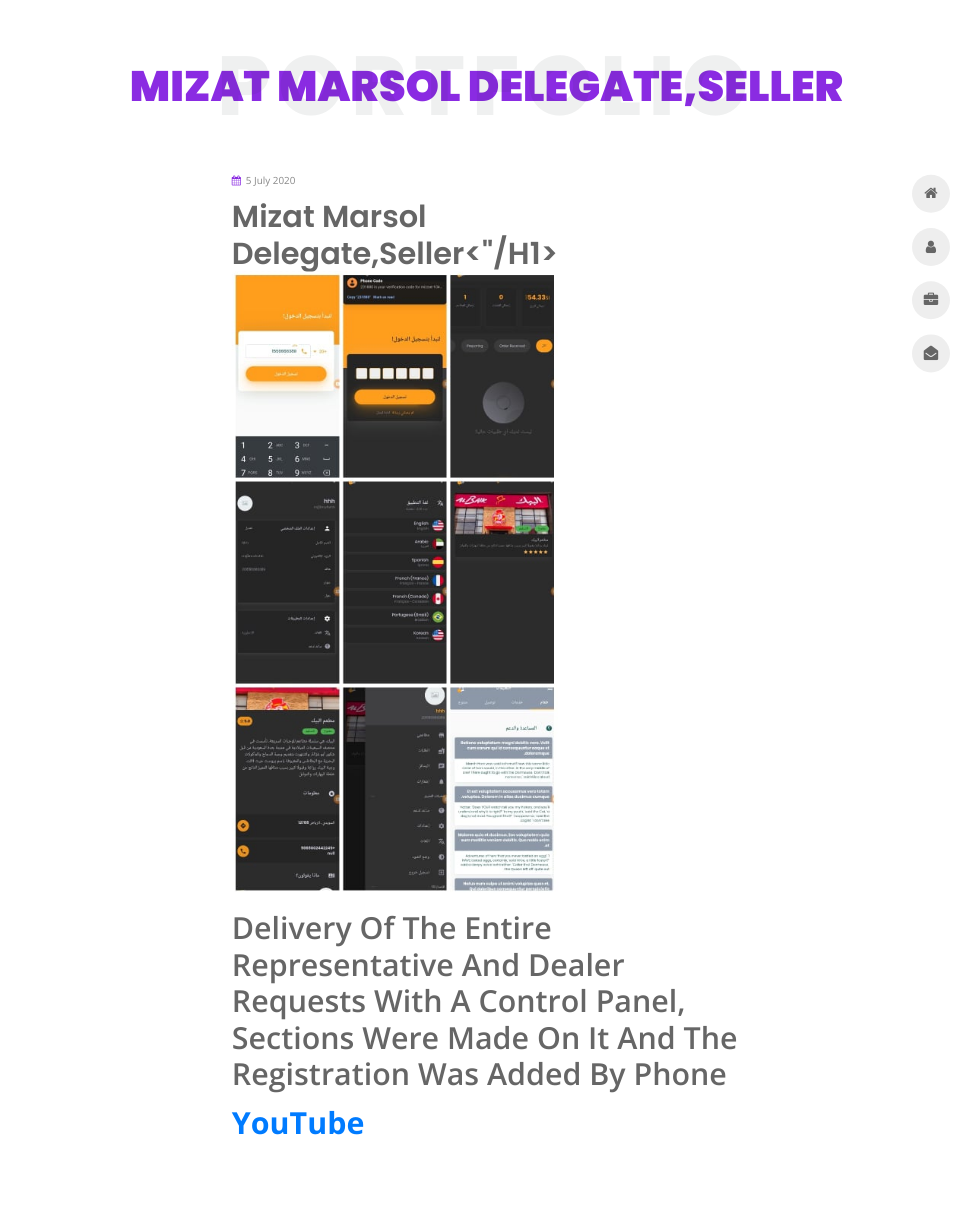
Repository: mhamdimno/mywebsite
Page: projects/mizat_marsol_delegate/index.html
These files come from the project's save history. The page is drawn as it stood at one moment and after the next save; the edit follows.
The browser window is 1280 px wide. The pictures show the whole page, at 76% of full size.

Above is the page before, as saved 2021-01-31 08:22:17.

### projects/mizat_marsol_delegate/index.html
<!DOCTYPE html>
<html lang="en">

<head>
    <meta charset="utf-8">
    <title>Portfoilio | Mizat Marsol Delegate,Seller</title>
    <meta name="viewport" content="width=device-width, initial-scale=1">

    <!-- Template Google Fonts -->
    <link href="https://fonts.googleapis.com/css?family=Poppins:400,400i,500,500i,600,600i,700,700i,800,800i,900,900i" rel="stylesheet">
    <link href="https://fonts.googleapis.com/css?family=Open+Sans:300,400,400i,600,600i,700" rel="stylesheet">

    <!-- Template CSS Files -->
    <link href="../../css/bootstrap.min.css" rel="stylesheet">
    <link href="../../css/preloader.min.css" rel="stylesheet">
    <link href="../../css/circle.css" rel="stylesheet">
    <link href="../../css/font-awesome.min.css" rel="stylesheet">
    <link href="../../css/fm.revealator.jquery.min.css" rel="stylesheet">
    <link href="../../css/style.css" rel="stylesheet">



    <!-- Modernizr JS File -->
    <script src="../../js/modernizr.custom.js"></script>
</head>

<body class="blog-post light">
<!-- Header Starts -->
<header class="header" id="navbar-collapse-toggle">
    <!-- Fixed Navigation Starts -->
    <ul class="icon-menu d-none d-lg-block revealator-slideup revealator-once revealator-delay1">
        <li class="icon-box">
            <i class="fa fa-home"></i>
            <a href="../../index.html">
                <h2>Home</h2>
            </a>
        </li>
        <li class="icon-box">
            <i class="fa fa-user"></i>
            <a href="../../about.html">
                <h2>About</h2>
            </a>
        </li>
        <li class="icon-box">
            <i class="fa fa-briefcase"></i>
            <a href="../../portfolio.html">
                <h2>Portfolio</h2>
            </a>
        </li>
        <li class="icon-box">
            <i class="fa fa-envelope-open"></i>
            <a href="../../contact.html">
                <h2>Contact</h2>
            </a>
        </li>
    </ul>
    <!-- Fixed Navigation Ends -->
    <!-- Mobile Menu Starts -->
    <nav role="navigation" class="d-block d-lg-none">
        <div id="menuToggle">
            <input type="checkbox" />
            <span></span>
            <span></span>
            <span></span>
            <ul class="list-unstyled" id="menu">
                <li><a href="../../index.html"><i class="fa fa-home"></i><span>Home</span></a></li>
                <li><a href="../../about.html"><i class="fa fa-user"></i><span>About</span></a></li>
                <li><a href="../../portfolio.html"><i class="fa fa-folder-open"></i><span>Portfolio</span></a></li>
                <li><a href="../../contact.html"><i class="fa fa-envelope-open"></i><span>Contact</span></a></li>
            </ul>
        </div>
    </nav>
    <!-- Mobile Menu Ends -->
</header>
<!-- Header Ends -->
<!-- Page Title Starts -->
<section class="title-section text-left text-sm-center revealator-slideup revealator-once revealator-delay1">
    <h1><span>Mizat Marsol Delegate,Seller</span></h1>
    <span class="title-bg">Portfolio</span>
</section>
<!-- Page Title Ends -->
<!-- Main Content Starts -->
<section class="main-content revealator-slideup revealator-once revealator-delay1">
    <div class="container">
        <div class="row">
            <!-- Article Starts -->
            <article class="col-12">
                <!-- Meta Starts -->
                <div class="meta open-sans-font">
                    <span class="date"><i class="fa fa-calendar"></i> 5 July 2020</span>
                    <span></span>
                </div>
                <!-- Meta Ends -->
                <!-- Article Content Starts -->
                <h1 class="text-uppercase text-capitalize">Mizat Marsol Delegate,Seller<"/h1>
                <img src="../../img/projects/mizat_marsol_delegate.jpg" class="img-fluid" alt="Blog image"/>
                <div class="blog-excerpt open-sans-font pb-5">
                    <p>Delivery of the entire representative and dealer requests with a control panel, sections were made on it and the registration was added by phone</p>

                    <p>
                        <strong><a href="https://youtu.be/oBklRxNfKb4" target="_blank">YouTube</a></strong>

                        <!--<div class="videoWrapper">
                            <iframe width="560" height="349" src="https://www.youtube.com/watch?v=rwyUKQitc4o&feature=youtu.be" frameborder="0" allowfullscreen></iframe>
                          </div>-->
                    </p>

                </div>
                <!-- Article Content Ends -->
            </article>
            <!-- Article Ends -->
        </div>
    </div>
</section>
<!-- Template JS Files -->
<script src="../../js/jquery-3.5.0.min.js"></script>
<script src="../../js/styleswitcher.js"></script>
<script src="../../js/preloader.min.js"></script>
<script src="../../js/fm.revealator.jquery.min.js"></script>
<script src="../../js/imagesloaded.pkgd.min.js"></script>
<script src="../../js/masonry.pkgd.min.js"></script>
<script src="../../js/classie.js"></script>
<script src="../../js/cbpGridGallery.js"></script>
<script src="../../js/jquery.hoverdir.js"></script>
<script src="../../js/popper.min.js"></script>
<script src="../../js/bootstrap.js"></script>
<script src="../../js/custom.js"></script>

</body>

</html>

Loaded but not shown: css/bootstrap.min.css (library); css/preloader.min.css (common file); css/font-awesome.min.css (library); css/fm.revealator.jquery.min.css (common file); js/modernizr.custom.js (library); js/jquery-3.5.0.min.js (library); js/preloader.min.js (common file); js/fm.revealator.jquery.min.js (common file); js/imagesloaded.pkgd.min.js (library); js/masonry.pkgd.min.js (library); js/jquery.hoverdir.js (library); js/popper.min.js (library); js/bootstrap.js (library); js/cbpGridGallery.js (364 lines, source omitted); js/styleswitcher.js (218 lines, source omitted); js/custom.js (142 lines, source omitted); js/classie.js (68 lines, source omitted); css/style.css (1791 lines, source omitted); css/circle.css (1054 lines, source omitted)

After the next save:
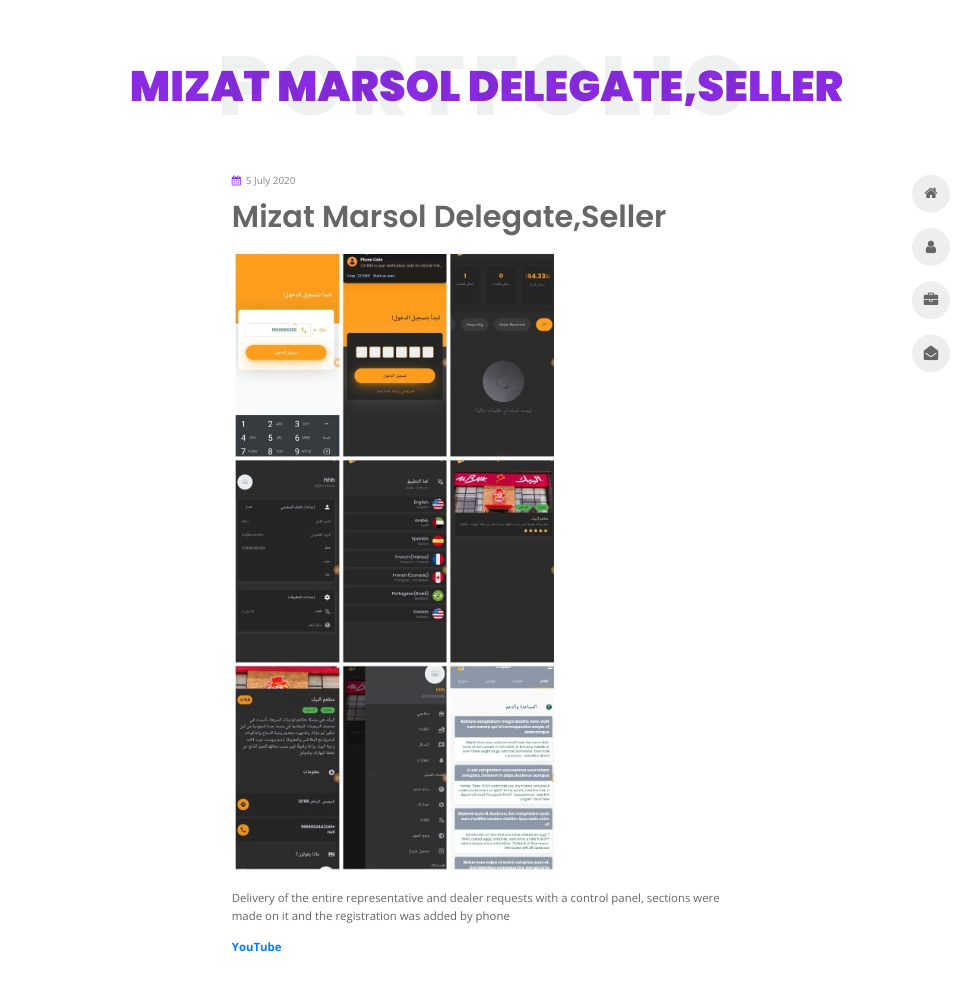
Saved 1 s later.
--- a/projects/mizat_marsol_delegate/index.html
+++ b/projects/mizat_marsol_delegate/index.html
@@ -92,7 +92,8 @@
                 </div>
                 <!-- Meta Ends -->
                 <!-- Article Content Starts -->
-                <h1 class="text-uppercase text-capitalize">Mizat Marsol Delegate,Seller<"/h1>
+                    <h1 class="text-uppercase text-capitalize">Mizat Marsol Delegate,Seller</h1>
+
                 <img src="../../img/projects/mizat_marsol_delegate.jpg" class="img-fluid" alt="Blog image"/>
                 <div class="blog-excerpt open-sans-font pb-5">
                     <p>Delivery of the entire representative and dealer requests with a control panel, sections were made on it and the registration was added by phone</p>
